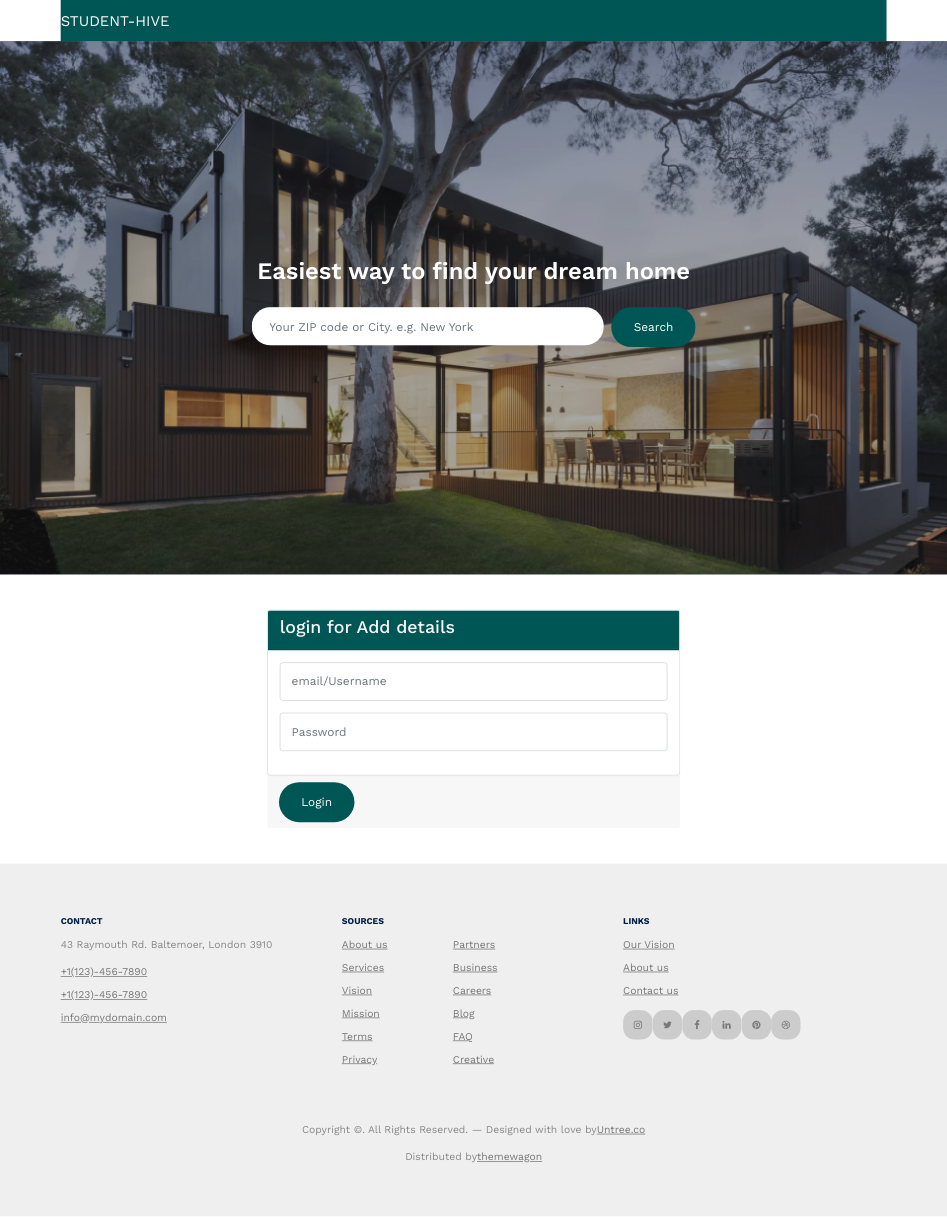
Repository: Farhan0021/Rentalproject
Page: /owner/Login (app in front/)
An editor plug-in stored every save of this project. The page is shown before and after the next save, followed by the edit.
The browser window is 1280 px wide. The pictures show the whole page, at 74% of full size.
The project was rebuilt for these pictures with package versions that can differ from the ones it lists, and the page was loaded fresh each time. Also part of the build but not shown: front/vite.config.js, front/src/pages/Home.jsx, front/src/pages/seekers/Login.jsx, front/src/schema/SeekerSignupSchema.jsx, front/src/pages/seekers/Signup.jsx, front/src/schema/OwnerSignupSchema.jsx, front/src/pages/owner/Signup.jsx.

Above is the page before, as saved 2025-04-29 21:38:04.
Console error: TypeError: Cannot read properties of null (reading 'style')

After the next save:
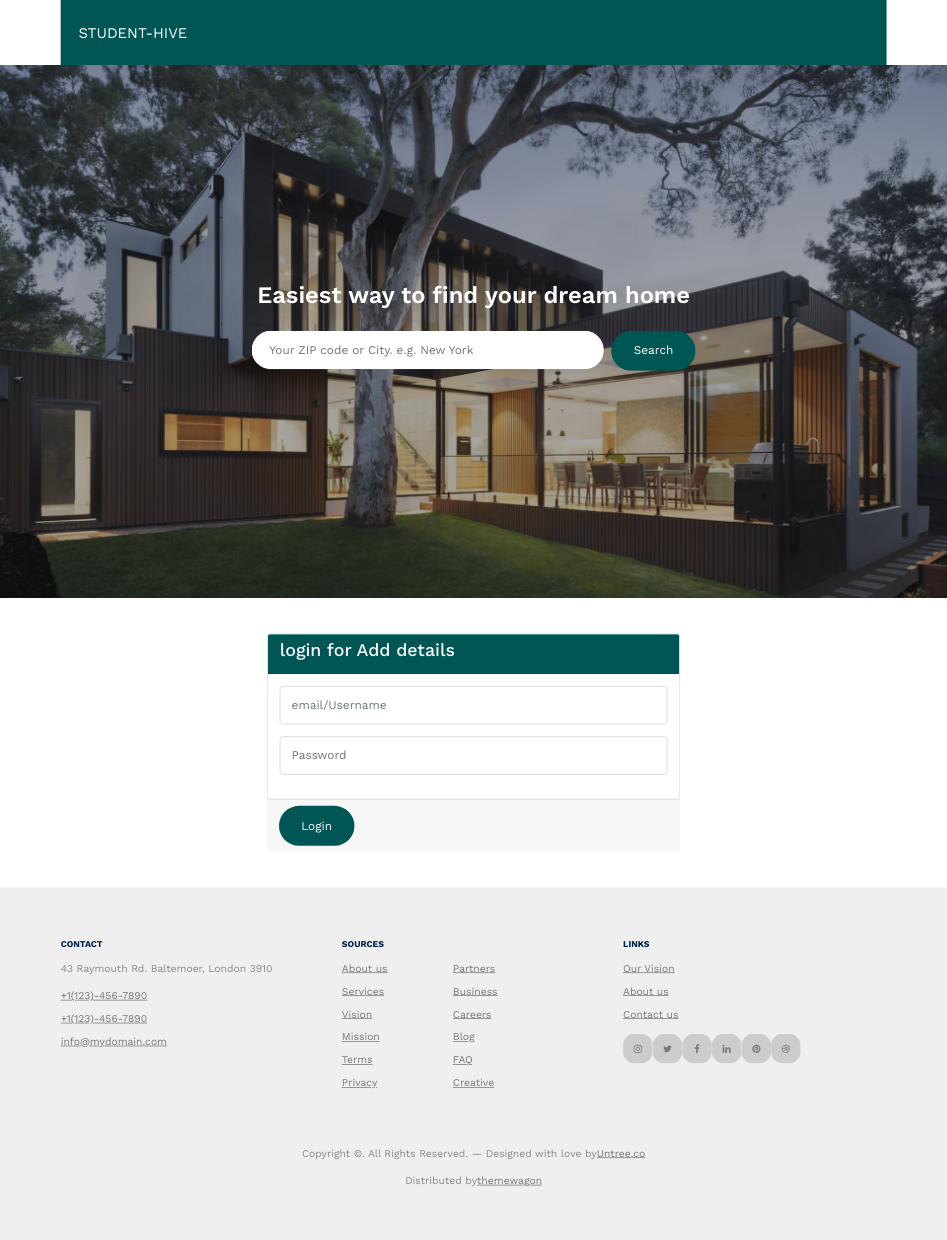
Saved 23 s later.
--- a/front/src/components/HeaderNew.jsx
+++ b/front/src/components/HeaderNew.jsx
@@ -5,7 +5,7 @@ const HeaderNew = () => {
     return (
 
      <div className="container">
-             <nav className='navbar navbar-expand-sm navbar-dark bg-green'>
+             <nav className='navbar navbar-expand-sm navbar-dark bg-green p-4'>
             <NavLink className="navbar-brand"to='/'>STUDENT-HIVE</NavLink>
             <button className='navbar-toggler' data-bs-toggle="collapse" data-bg-target="#menu"
 >
